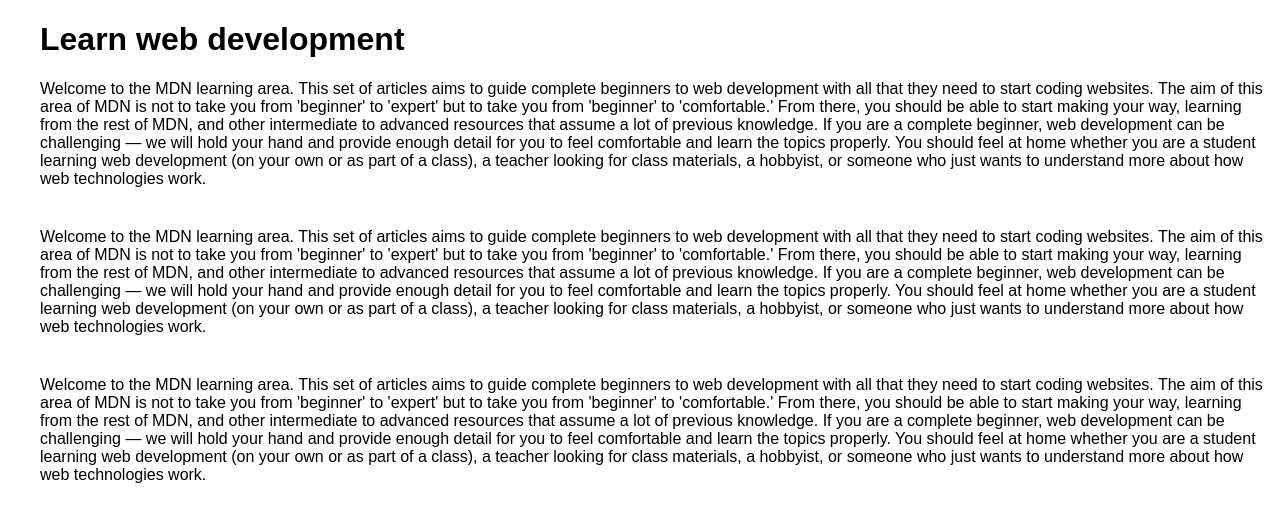
Repository: sriram1224/ReactProjects.github.io
Page: Assignments/Assignment2/index.html
An editor plug-in stored every save of this project. The page is shown before and after the next save, followed by the edit.
The browser window is 1280 px wide. The pictures show the whole page.

Above is the page before, as saved 2024-03-01 10:46:57.

After the next save:
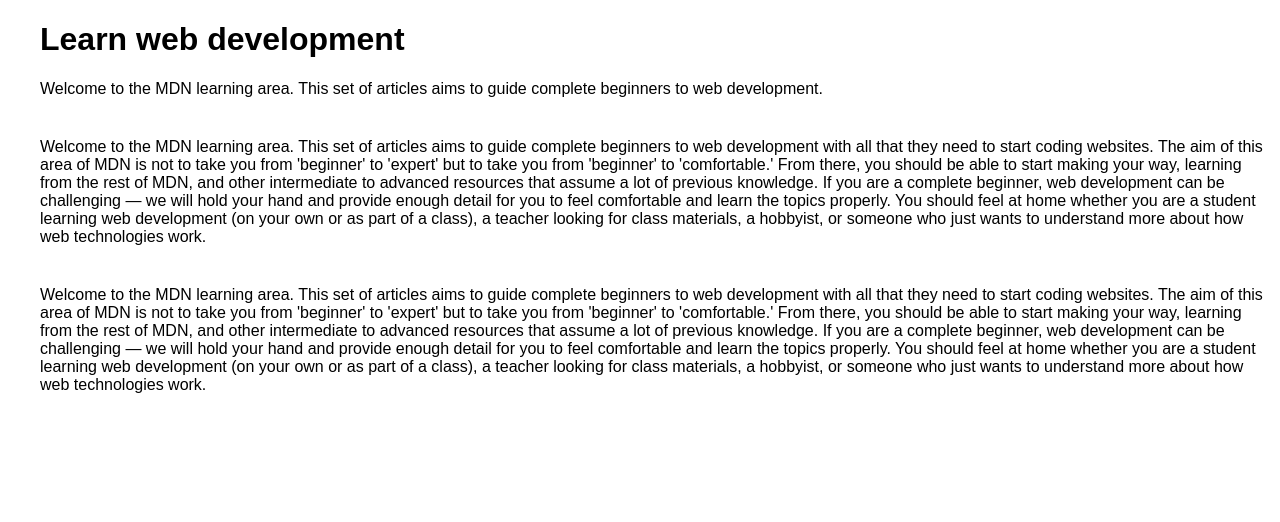
Saved 25 s later.
--- a/Assignments/Assignment2/index.html
+++ b/Assignments/Assignment2/index.html
@@ -37,8 +37,8 @@
         React.createElement(
           'p',
           {id: 'para'},
-          "Welcome to the MDN learning area. This set of articles aims to guide complete beginners to web development with all that they need to start coding websites. The aim of this area of MDN is not to take you from 'beginner' to 'expert' but to take you from 'beginner' to 'comfortable.' From there, you should be able to start making your way, learning from the rest of MDN, and other intermediate to advanced resources that assume a lot of previous knowledge. If you are a complete beginner, web development can be challenging — we will hold your hand and provide enough detail for you to feel comfortable and learn the topics properly. You should feel at home whether you are a student learning web development (on your own or as part of a class), a teacher looking for class materials, a hobbyist, or someone who just wants to understand more about how web technologies work."
-        ),
+          "Welcome to the MDN learning area. This set of articles aims to guide complete beginners to web development."
+                  ),
         React.createElement(
           'p',
           {id: 'para'},
